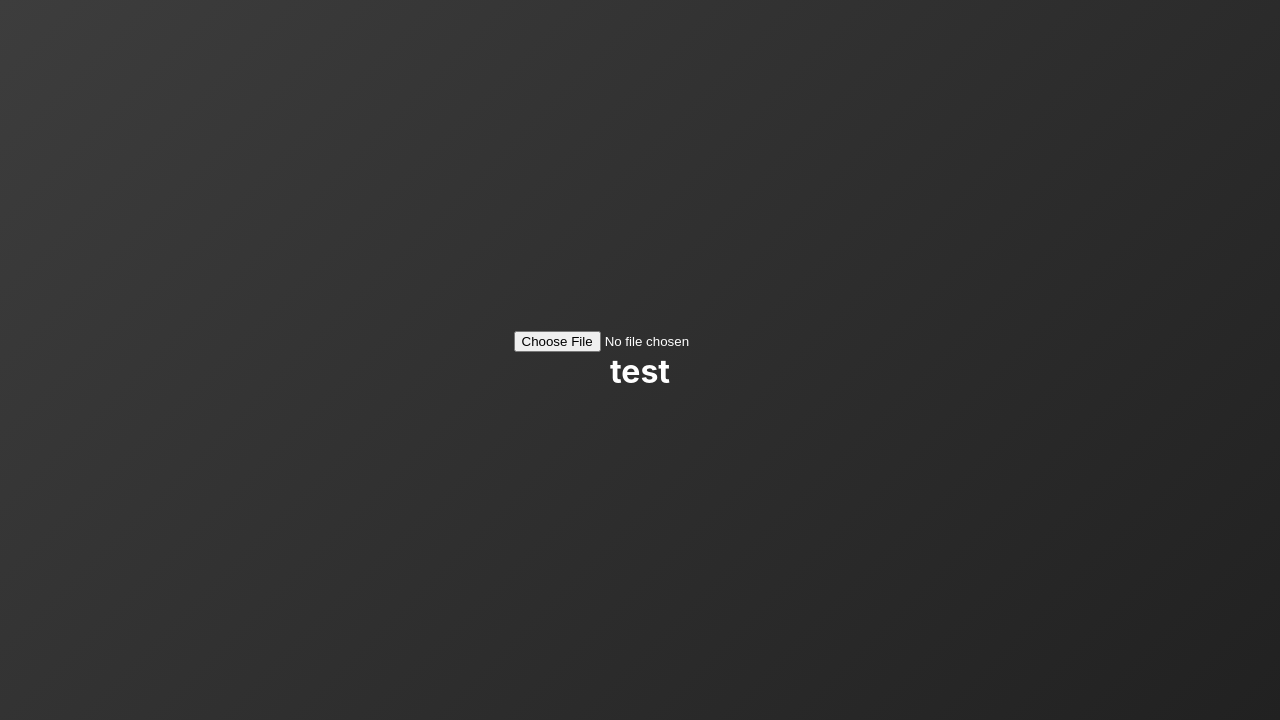
Repository: RXBVK/rt-map
Page: /
An editor plug-in stored every save of this project. The page is shown before and after the next save, followed by the edit.
The browser window is 1280 px wide. The pictures show the whole page.
The project was rebuilt for these pictures with package versions that can differ from the ones it lists, and the page was loaded fresh each time.

Above is the page before, as saved 2021-07-21 12:58:44.

### src/styles/index.css
* {
  margin: 0;
}
body {
  font-family: -apple-system, BlinkMacSystemFont, "Roboto", sans-serif;
  -webkit-font-smoothing: antialiased;
  -moz-osx-font-smoothing: grayscale;
  color: white;
}

code {
  font-family: source-code-pro, Menlo, Monaco, Consolas, "Courier New",
    monospace;
}

### src/App.js
import CsvUploader from "./components/CsvUploader/CsvUploader";
import "./styles/app.css";

function App() {
  return (
    <div className="main__container">
      <CsvUploader />
    </div>
  );
}

export default App;

### src/components/CsvUploader/CsvUploader.js
import React from "react";

export default function CsvUploader() {
  return (
    <div>
      <input type="file" />
      <h1>test</h1>
    </div>
  );
}

### src/styles/app.css
.main__container {
  min-height: 100vh;
  width: 100%;
  background: linear-gradient(135deg, #3d3d3d, #212121);
  display: -webkit-box;
  display: -ms-flexbox;
  display: flex;
  -webkit-box-orient: vertical;
  -webkit-box-direction: normal;
      -ms-flex-direction: column;
          flex-direction: column;
  -webkit-box-align: center;
      -ms-flex-align: center;
          align-items: center;
  text-align: center;
  -webkit-box-pack: center;
      -ms-flex-pack: center;
          justify-content: center;
}

.main__container > * {
  -webkit-animation: fadein 800ms;
          animation: fadein 800ms;
}

.button--primary {
  cursor: pointer;
  width: 200px;
  height: 45px;
  background-color: bisque;
  color: black;
  border-radius: 8px;
  font-weight: 700;
  font-size: 16px;
  -webkit-transition: all 200ms ease-out;
  transition: all 200ms ease-out;
}

.button--primary:hover {
  -webkit-filter: brightness(0.8);
          filter: brightness(0.8);
}

@-webkit-keyframes fadein {
  0% {
    opacity: 0;
  }
  100% {
    opacity: 1;
  }
}

@keyframes fadein {
  0% {
    opacity: 0;
  }
  100% {
    opacity: 1;
  }
}
/*# sourceMappingURL=app.css.map */

Loaded but not shown: public/index.html (common file); src/index.js (common file); src/reportWebVitals.js (common file)

After the next save:
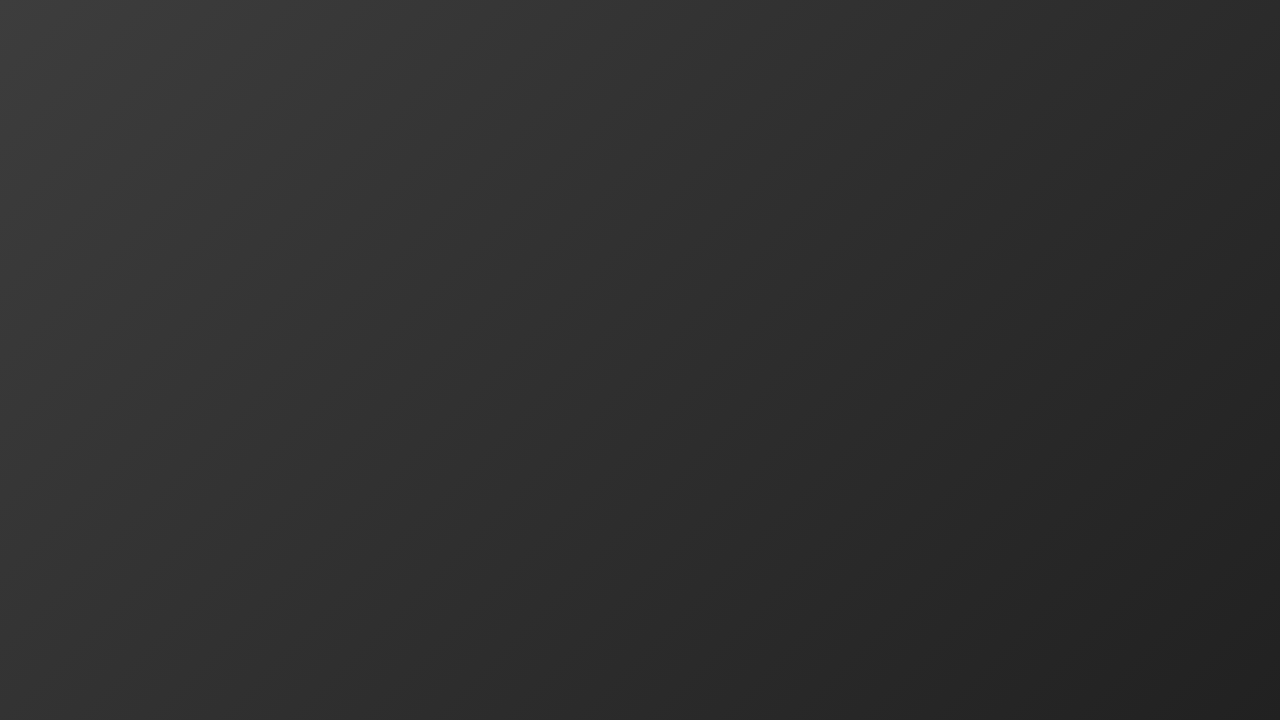
Saved 32 s later.
--- a/src/components/CsvUploader/CsvUploader.js
+++ b/src/components/CsvUploader/CsvUploader.js
@@ -1,10 +1,5 @@
 import React from "react";
 
 export default function CsvUploader() {
-  return (
-    <div>
-      <input type="file" />
-      <h1>test</h1>
-    </div>
-  );
+  return <div className="dropzone"></div>;
 }
